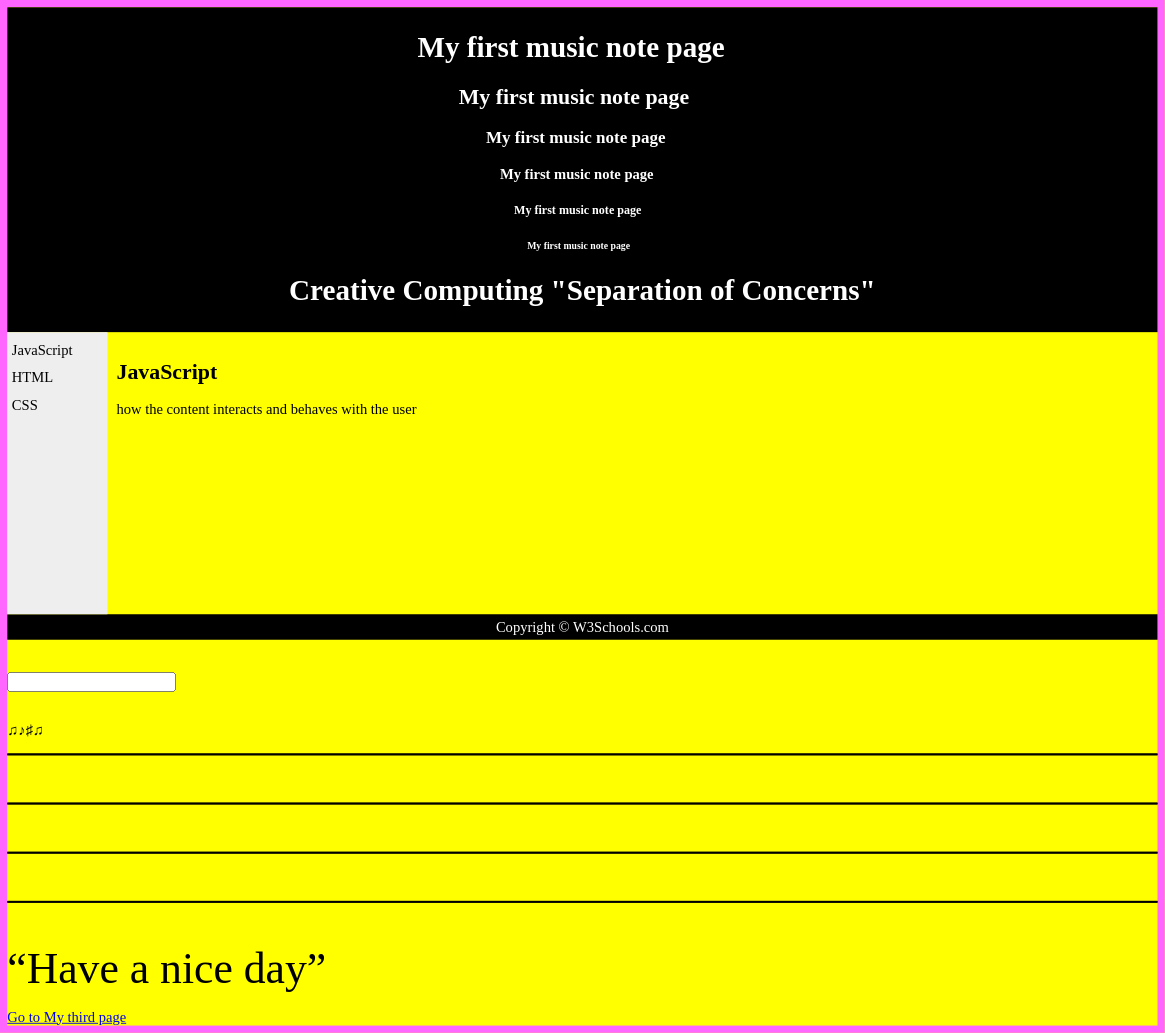
Repository: jangj879/jangj879.github.io
Page: Secondpage.html
The author's editor kept a record of every edit. The page is drawn from the files as they stood at one moment, then again after the next edit.
The browser window is 1280 px wide. The pictures show the whole page, at 91% of full size.

Above is the page before.

After the next edit:
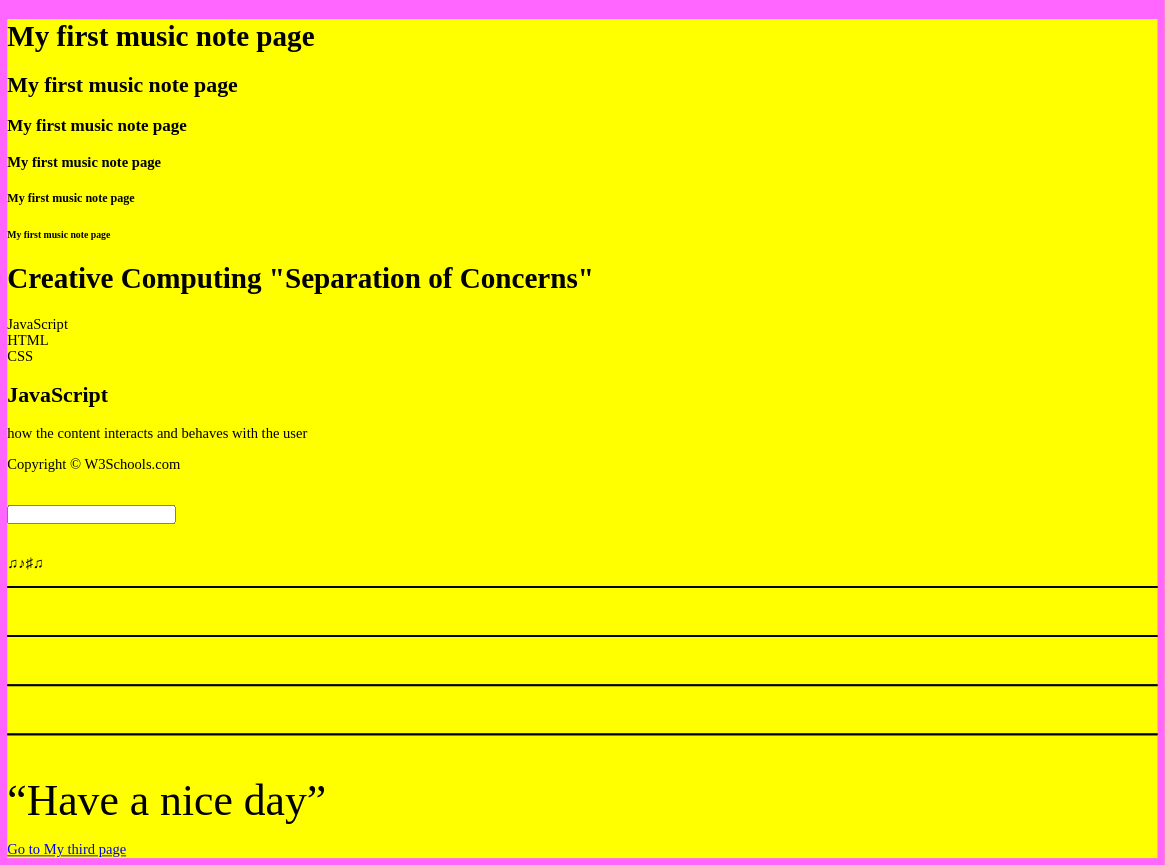
The edit:
--- a/Secondpage.html
+++ b/Secondpage.html
@@ -12,34 +12,7 @@
 <html>
 
 <head>
-<style>
-header {
-    background-color:black;
-    color:white;
-    text-align:center;
-    padding:5px;
-}
-nav {
-    line-height:30px;
-    background-color:#eeeeee;
-    height:300px;
-    width:100px;
-    float:left;
-    padding:5px;
-}
-section {
-    width:350px;
-    float:left;
-    padding:10px;
-}
-footer {
-    background-color:black;
-    color:white;
-    clear:both;
-    text-align:center;
-    padding:5px;
-}
-</style>
+
 
 
     <body>
